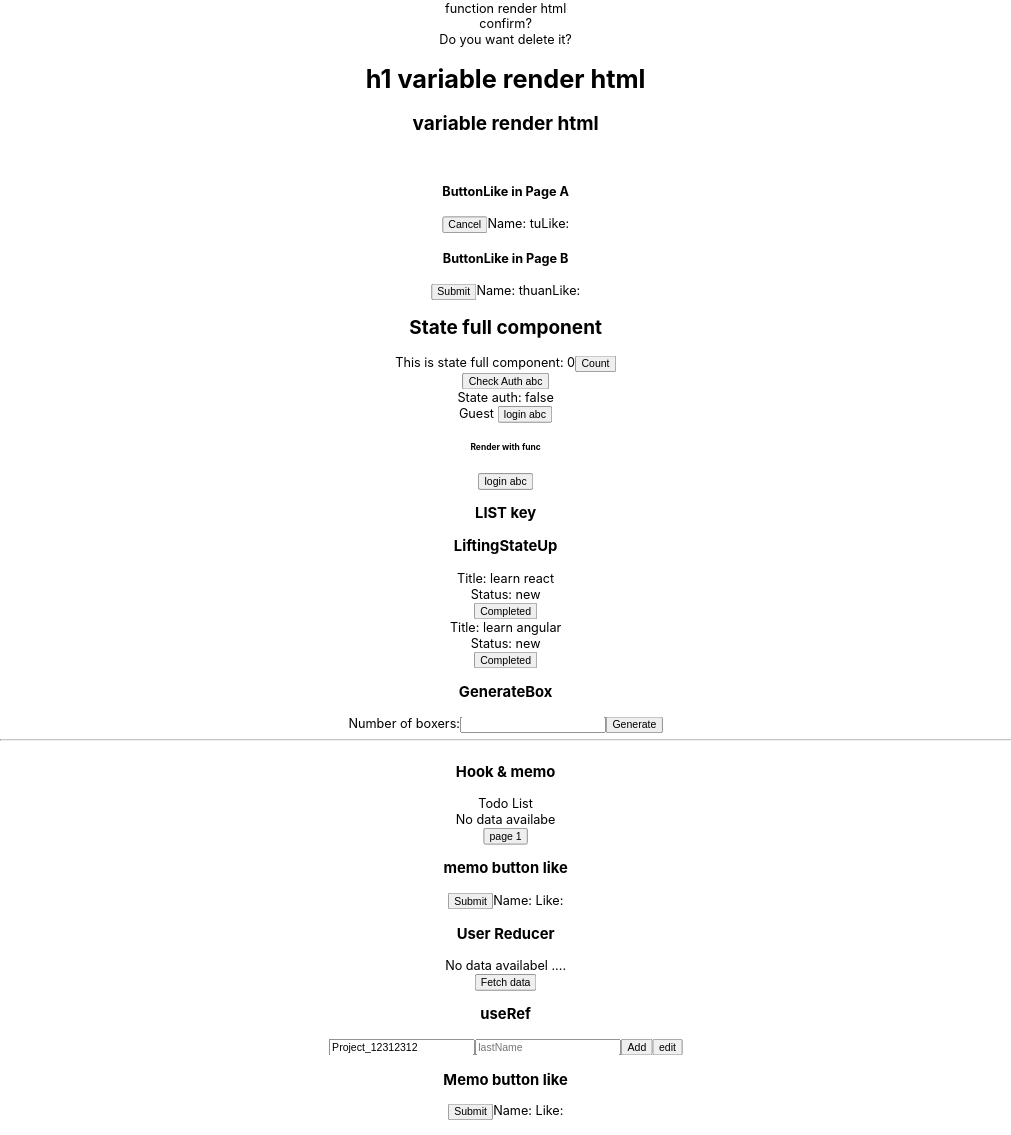
Repository: HoangTu18/reactjs-exercise
Page: /
An editor plug-in stored every save of this project. The page is shown before and after the next save, followed by the edit.
The browser window is 1280 px wide. The pictures show the whole page, at 79% of full size.
The page's requests for data from a server got no answer. The project was rebuilt for these pictures with package versions that can differ from the ones it lists, and the page was loaded fresh each time. No one was signed in, and anything a server would have sent is missing. Also part of the build but not shown: src/pages/StateObject.jsx, src/components/GenerateBox/GenerateBoxItem.jsx.

Above is the page before, as saved 2022-06-15 14:47:57.

After the next save:
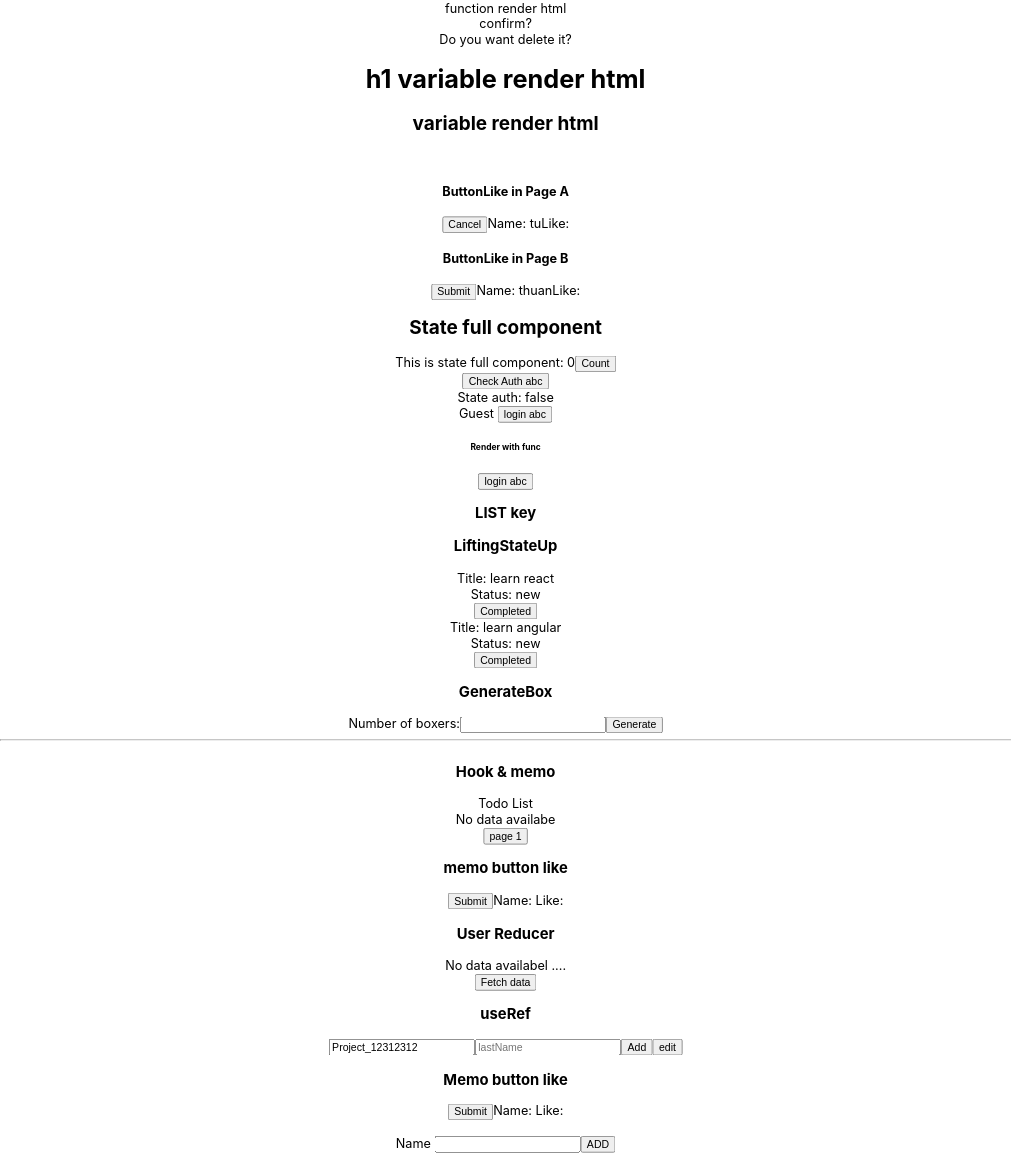
Saved 6 s later.
--- a/src/App.js
+++ b/src/App.js
@@ -9,6 +9,7 @@ import GenerateBox from "./exercise/GenerateBox";
 import Hook from "./pages/Hook";
 import UserReduer from "./pages/UserReduer";
 import UseRef from "./components/useRef";
+import MoviesForm from "./components/movieForm";
 function App() {
   const isLoading = true;
   // varible render html
@@ -61,6 +62,7 @@ function App() {
       <h3>Memo button like</h3>
       <ButtonLike />
       <h3 />
+      <MoviesForm />
     </div>
   );
 }
